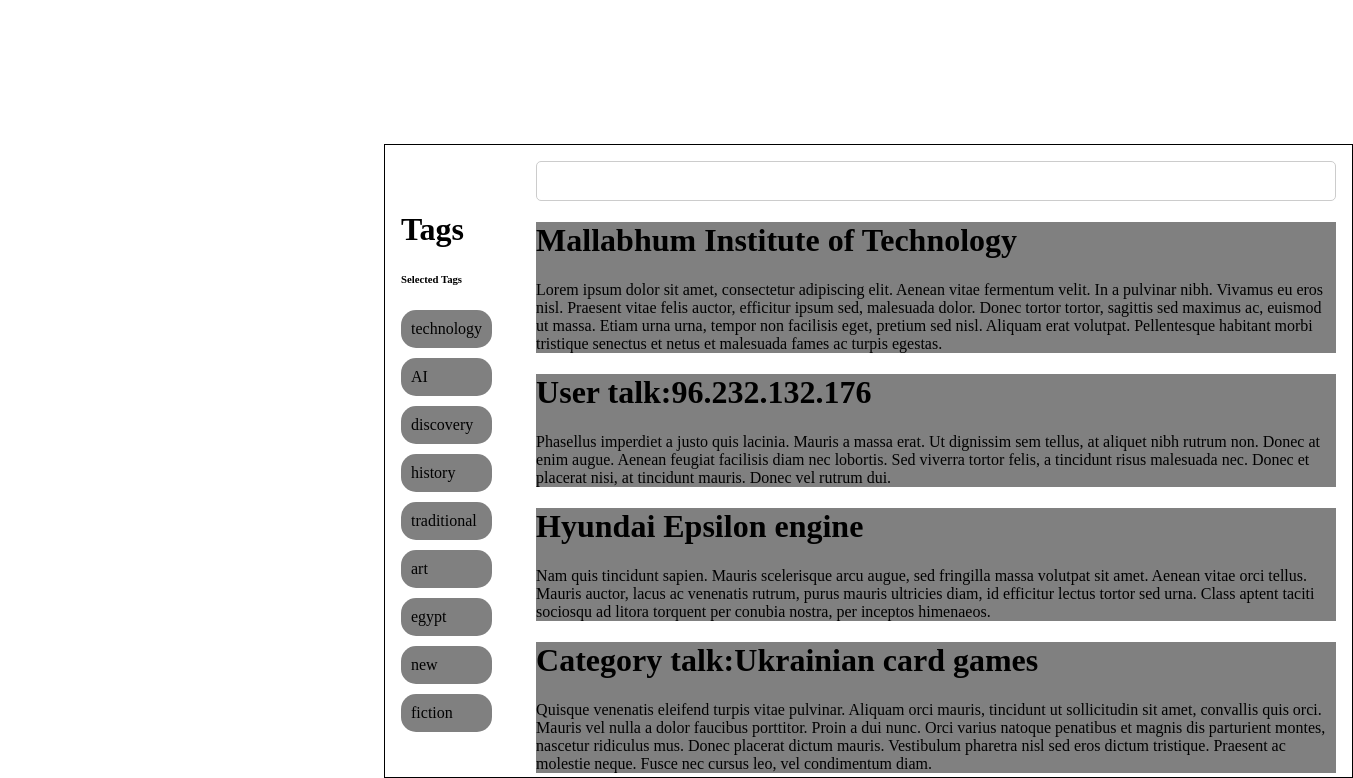
Repository: KelaiAffaf/bridger
Page: /
These files come from the project's save history. The page is drawn as it stood at one moment and after the next save; the edit follows.
The browser window is 1280 px wide. The page is 1353 px wide, so the pictures cover 1353 px, including what lies to the right of the window. The pictures show the whole page.
The project was rebuilt for these pictures with package versions that can differ from the ones it lists, and the page was loaded fresh each time. Also part of the build but not shown: vite.config.js.

Above is the page before, as saved 2023-06-08 11:37:30.

After the next save:
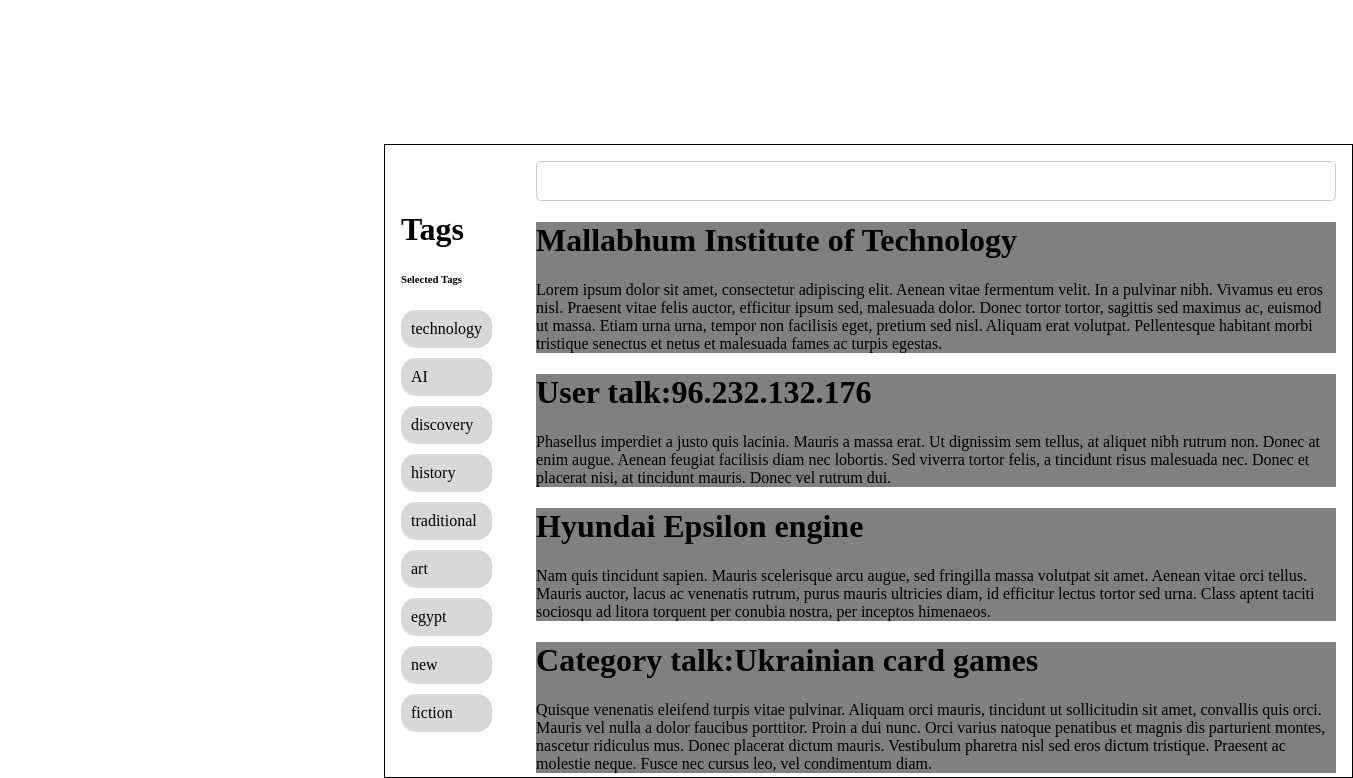
Saved 91 s later.
--- a/src/NewComponents/Tag.jsx
+++ b/src/NewComponents/Tag.jsx
@@ -16,7 +16,7 @@
       <div
       style={{
         borderRadius: '15px',
-        backgroundColor: 'grey',
+        backgroundColor: '#D8D8D8',
         padding: '10px',
       }}
       key={index} >
